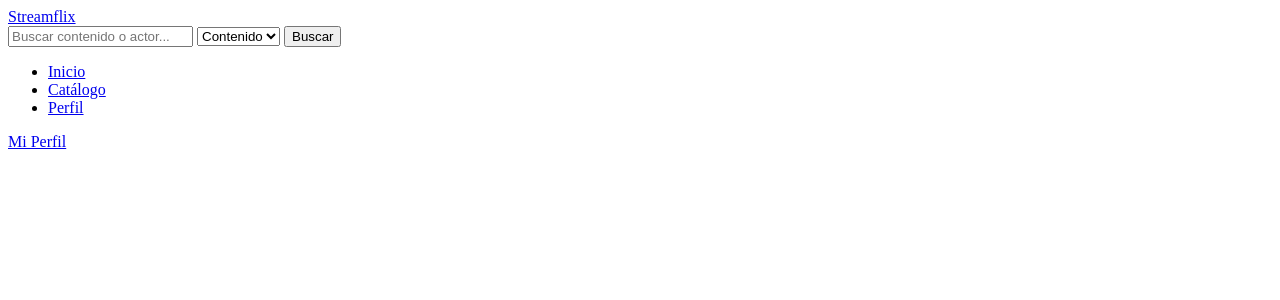
Repository: pperez02/AnalisisUsuarios
Page: Interfaz/templates/header.html
The author's editor kept a copy of each file at every save. The page is drawn from the files as they stood at one save, then again after the next save.
The browser window is 1280 px wide. The pictures show the whole page.

Above is the page before, as saved 2024-11-22 22:42:45.

### Interfaz/templates/header.html
<!-- header.html -->
<header>
    <div class="logo">
        <a href="/pantalla_principal">Streamflix</a>
    </div>
    <div class="search-bar">
        <form action="/buscar" method="get">
            <input type="text" name="query" placeholder="Buscar contenido o actor..." required>
            <select name="tipo" required>
                <option value="contenido">Contenido</option>
                <option value="actor">Actor</option>
                <option value="todos">Todos</option>
            </select>
            <button type="submit">Buscar</button>
        </form>
    </div>
    <nav>
        <ul>
            <li><a href="/">Inicio</a></li>
            <li><a href="/catalogo">Catálogo</a></li>
            <li><a href="/usuarios/{{ user_id }}/perfil">Perfil</a></li>
        </ul>
    </nav>
    <!-- Botón para redirigir al perfil del usuario dentro del contenedor -->
    <a href="/usuarios/{{ user_id }}/perfil" class="profile-button">Mi Perfil</a>
</header>

After the next save:
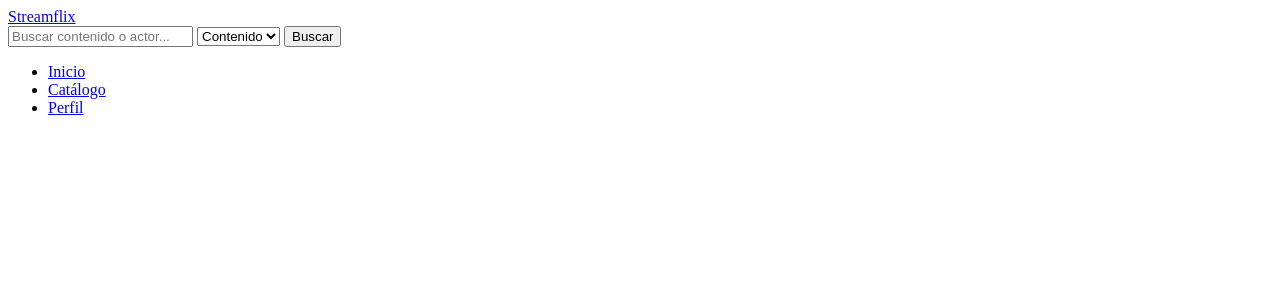
Saved 8 s later.
--- a/Interfaz/templates/header.html
+++ b/Interfaz/templates/header.html
@@ -21,6 +21,4 @@
             <li><a href="/usuarios/{{ user_id }}/perfil">Perfil</a></li>
         </ul>
     </nav>
-    <!-- Botón para redirigir al perfil del usuario dentro del contenedor -->
-    <a href="/usuarios/{{ user_id }}/perfil" class="profile-button">Mi Perfil</a>
 </header>
